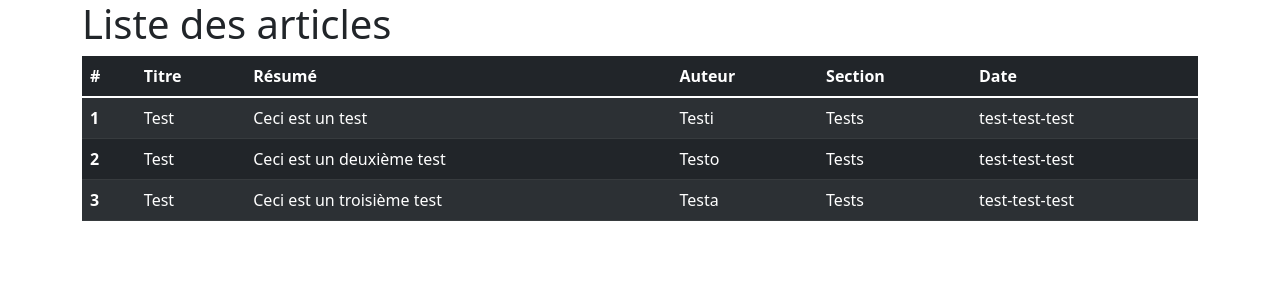
Repository: QuentinFayt/NewsWeb
Page: sources/adminNewsWeb/articlesList.html
An editor plug-in stored every save of this project. The page is shown before and after the next save, followed by the edit.
The browser window is 1280 px wide. The pictures show the whole page.

Above is the page before, as saved 2021-12-23 11:54:51.

### sources/adminNewsWeb/articlesList.html
<!doctype html>
<html lang="fr">

<head>
    <meta charset="utf-8">
    <meta name="viewport" content="width=device-width, initial-scale=1">
    <link href="https://cdn.jsdelivr.net/npm/bootstrap@5.1.3/dist/css/bootstrap.min.css" rel="stylesheet" integrity="sha384-1BmE4kWBq78iYhFldvKuhfTAU6auU8tT94WrHftjDbrCEXSU1oBoqyl2QvZ6jIW3" crossorigin="anonymous">
    <title>Liste des articles</title>
</head>

<body>
    <main class="container">
        <h1>Liste des articles</h1>
        <table class="table table-dark table-striped">
            <thead>
                <tr>
                    <th scope="col">#</th>
                    <th scope="col">Titre</th>
                    <th scope="col">Résumé</th>
                    <th scope="col">Auteur</th>
                    <th scope="col">Section</th>
                    <th scope="col">Date</th>
                </tr>
            </thead>
            <tbody>
                <tr>
                    <th scope="row">1</th>
                    <td>Test</td>
                    <td>Ceci est un test</td>
                    <td>Testi</td>
                    <td>Tests</td>
                    <td>test-test-test</td>
                </tr>
                <tr>
                    <th scope="row">2</th>
                    <td>Test</td>
                    <td>Ceci est un deuxième test</td>
                    <td>Testo</td>
                    <td>Tests</td>
                    <td>test-test-test</td>
                </tr>
                <tr>
                    <th scope="row">3</th>
                    <td>Test</td>
                    <td>Ceci est un troisième test</td>
                    <td>Testa</td>
                    <td>Tests</td>
                    <td>test-test-test</td>
                </tr>
            </tbody>
        </table>
    </main>
    <script src="https://cdn.jsdelivr.net/npm/bootstrap@5.1.3/dist/js/bootstrap.bundle.min.js" integrity="sha384-ka7Sk0Gln4gmtz2MlQnikT1wXgYsOg+OMhuP+IlRH9sENBO0LRn5q+8nbTov4+1p" crossorigin="anonymous"></script>
</body>

</html>

After the next save:
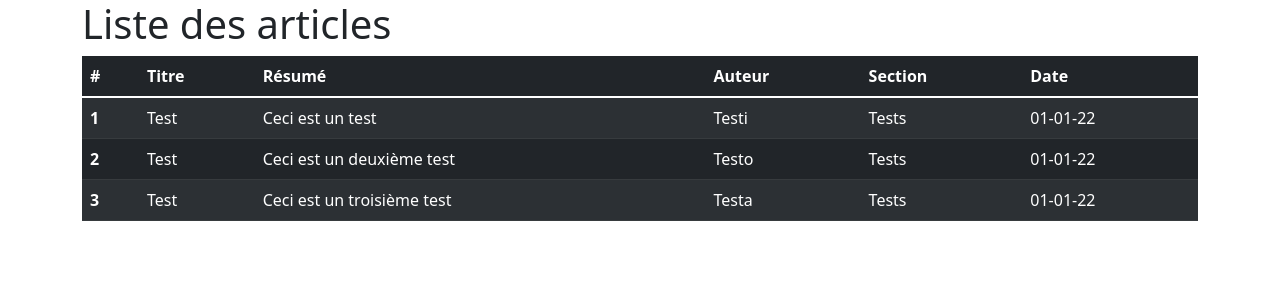
Saved 9 s later.
--- a/sources/adminNewsWeb/articlesList.html
+++ b/sources/adminNewsWeb/articlesList.html
@@ -29,7 +29,7 @@
                     <td>Ceci est un test</td>
                     <td>Testi</td>
                     <td>Tests</td>
-                    <td>test-test-test</td>
+                    <td>01-01-22</td>
                 </tr>
                 <tr>
                     <th scope="row">2</th>
@@ -37,7 +37,7 @@
                     <td>Ceci est un deuxième test</td>
                     <td>Testo</td>
                     <td>Tests</td>
-                    <td>test-test-test</td>
+                    <td>01-01-22</td>
                 </tr>
                 <tr>
                     <th scope="row">3</th>
@@ -45,7 +45,7 @@
                     <td>Ceci est un troisième test</td>
                     <td>Testa</td>
                     <td>Tests</td>
-                    <td>test-test-test</td>
+                    <td>01-01-22</td>
                 </tr>
             </tbody>
         </table>
